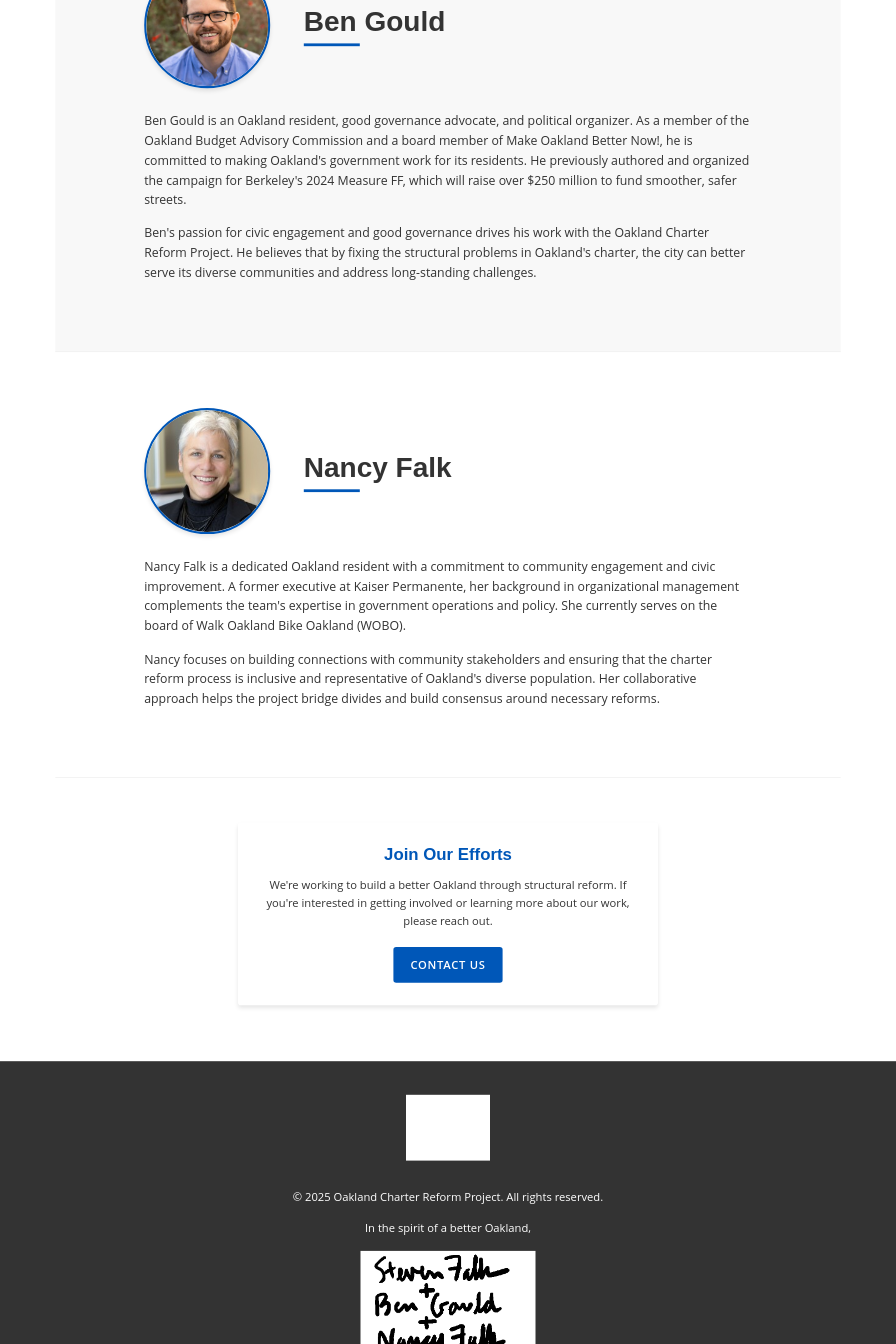
Repository: bgould132/oaklandcharterreform
Page: about.html
An editor plug-in stored every save of this project. The page is shown before and after the next save, followed by the edit.
The browser window is 1280 px wide. The pictures show the part of the page from y = 1160 to 3080 px (the page is 3232 px tall before and 3204 px after), at 70% of full size.

Above is the page before, as saved 2025-04-07 10:35:23.

After the next save:
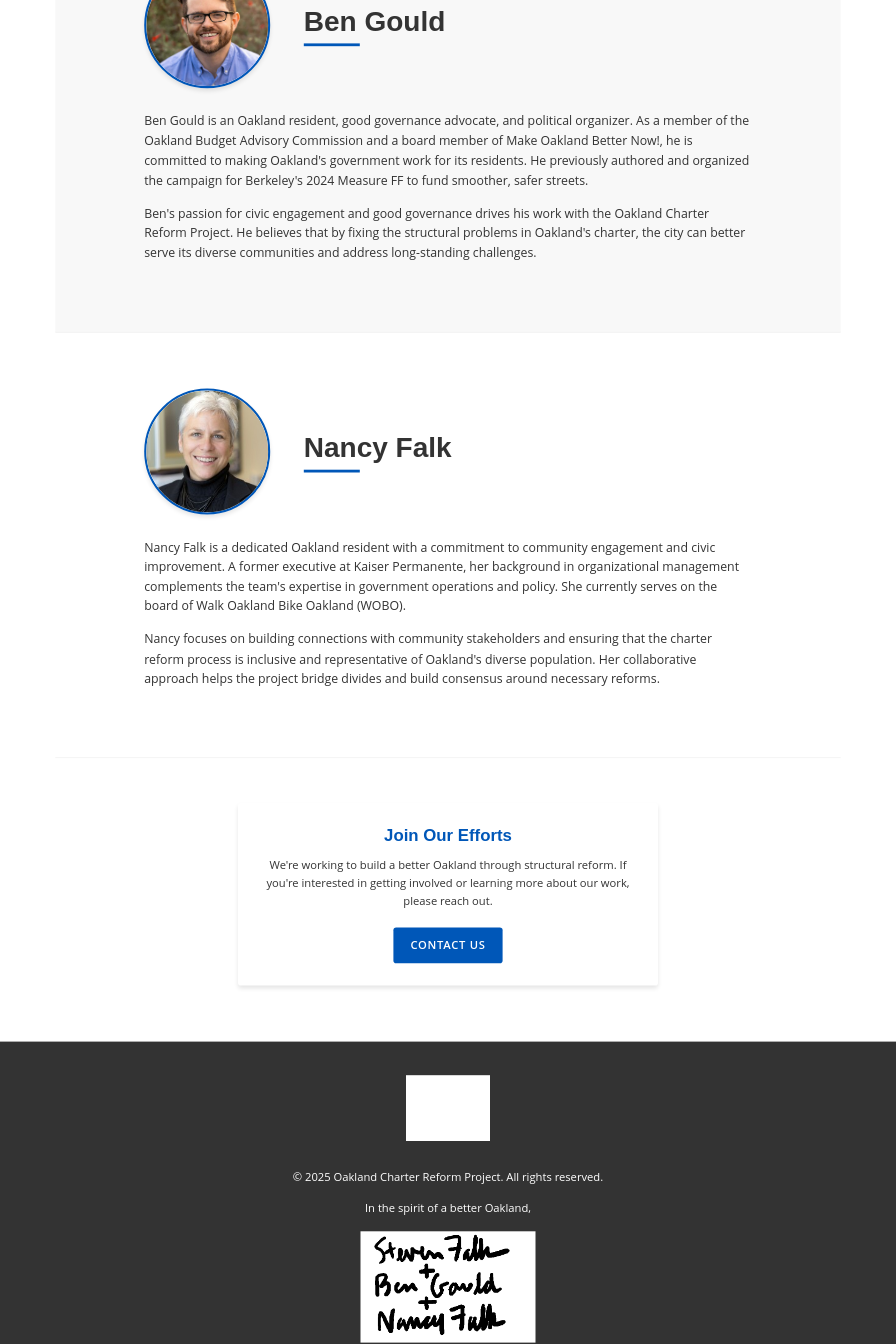
Saved 53 s later.
--- a/about.html
+++ b/about.html
@@ -78,7 +78,7 @@
                             </div>
                         </div>
                         <div class="member-bio">
-                            <p>Ben Gould is an Oakland resident, good governance advocate, and political organizer. As a member of the Oakland Budget Advisory Commission and a board member of Make Oakland Better Now!, he is committed to making Oakland's government work for its residents. He previously authored and organized the campaign for Berkeley's 2024 Measure FF, which will raise over $250 million to fund smoother, safer streets.</p>
+                            <p>Ben Gould is an Oakland resident, good governance advocate, and political organizer. As a member of the Oakland Budget Advisory Commission and a board member of Make Oakland Better Now!, he is committed to making Oakland's government work for its residents. He previously authored and organized the campaign for Berkeley's 2024 Measure FF to fund smoother, safer streets.</p>
 
                             <p>Ben's passion for civic engagement and good governance drives his work with the Oakland Charter Reform Project. He believes that by fixing the structural problems in Oakland's charter, the city can better serve its diverse communities and address long-standing challenges.</p>
                         </div>
